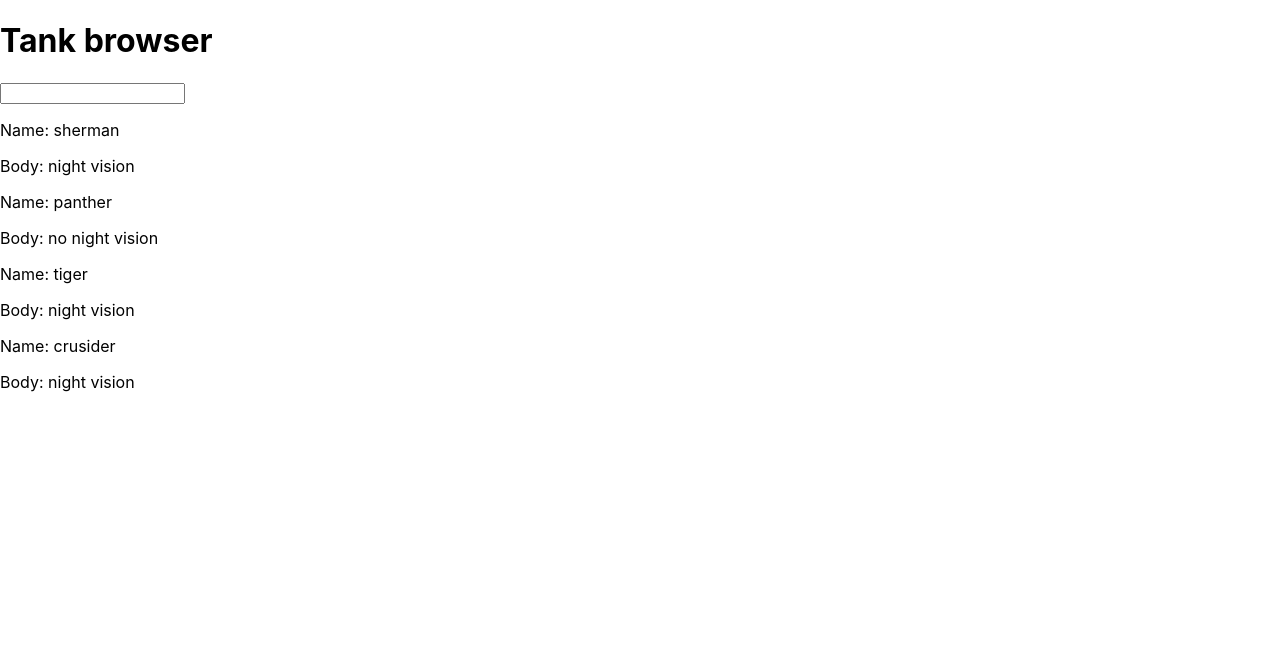
Repository: Carboplatin/TankBrowser
Page: /
The author's editor kept a copy of each file at every save. The page is drawn from the files as they stood at one save, then again after the next save.
The browser window is 1280 px wide. The pictures show the whole page.
The project was rebuilt for these pictures with package versions that can differ from the ones it lists, and the page was loaded fresh each time.

Above is the page before, as saved 2019-09-17 19:53:22.

### src/App.js
import React, { Component } from 'react';
import SearchBox from './searchBox';
import TankList from './tankList';



class App extends Component {

  state = {
    tanks: [
      {id: '1', name: 'sherman', body: 'night vision' },
      {id: '2', name: 'panther', body: 'no night vision' },
      {id: '3', name: 'tiger', body: 'night vision' },
      {id: '4', name: 'crusider', body: 'night vision' }
    ],
    searchTank: ''
  }


  inputHandler = (e) => {
    this.setState({searchTank: e.target.value})
  }

  render ( ) {
    let filteredTanks = this.state.tanks.filter((tank)=>{
      return tank.name.toLowerCase().includes(this.state.searchTank.toLowerCase())
    })

    let filteredProperties = this.state.tanks.filter((property)=>{
      return property.body.toLowerCase().includes(this.state.searchTank.toLowerCase())
    })

    return (
      <div className="container">
        <h1>Tank browser</h1>
          <SearchBox inputHandler={this.inputHandler}/>
          <TankList filteredTanks={filteredTanks} filteredProperties={filteredProperties}/>
      </div>

    )

  }
}


export default App;

### src/searchBox.js
import React from 'react';

const searchBox = (props) => {
  return (
    <div>
      <input onChange={props.inputHandler} type="text"/>
    </div>
  )
}

export default searchBox;

### src/tankList.js
import React from 'react';
import Tank from './tank';

const TankList = (props)=> {
  let tanks = props.filteredTanks.map((tank, i)=>{
    return <Tank key={i} name={tank.name} body={tank.body}/>
  })

  let properties = props.filteredProperties.map((tank, i)=>{
    return <Tank key={i} name={tank.name} body={tank.body}/>
  })

  return (
    <div>
       {tanks, properties}

    </div>
  )
}

export default TankList;

### src/tank.js
import React from 'react';

const Tank =(props)=> {
  return(
    <div>
      <p>Name: {props.name} </p>
      <p>Body: {props.body} </p>
    </div>
  )
}
export default Tank;

Loaded but not shown: public/index.html (common file); src/index.js (common file); src/index.css (common file); src/serviceWorker.js (common file)

After the next save:
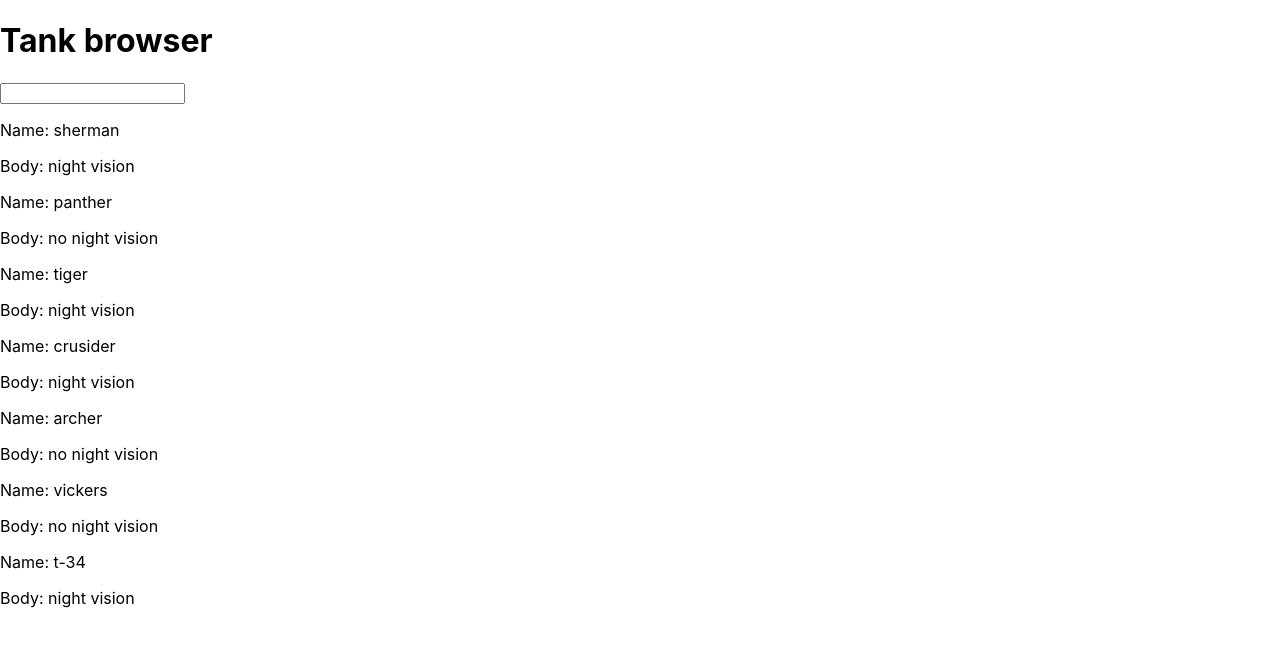
Saved 96 s later.
--- a/src/App.js
+++ b/src/App.js
@@ -11,7 +11,10 @@ class App extends Component {
       {id: '1', name: 'sherman', body: 'night vision' },
       {id: '2', name: 'panther', body: 'no night vision' },
       {id: '3', name: 'tiger', body: 'night vision' },
-      {id: '4', name: 'crusider', body: 'night vision' }
+      {id: '4', name: 'crusider', body: 'night vision' },
+      {id: '5', name: 'archer', body: 'no night vision' },
+      {id: '6', name: 'vickers', body: 'no night vision' },
+      {id: '7', name: 't-34', body: 'night vision' },
     ],
     searchTank: ''
   }
